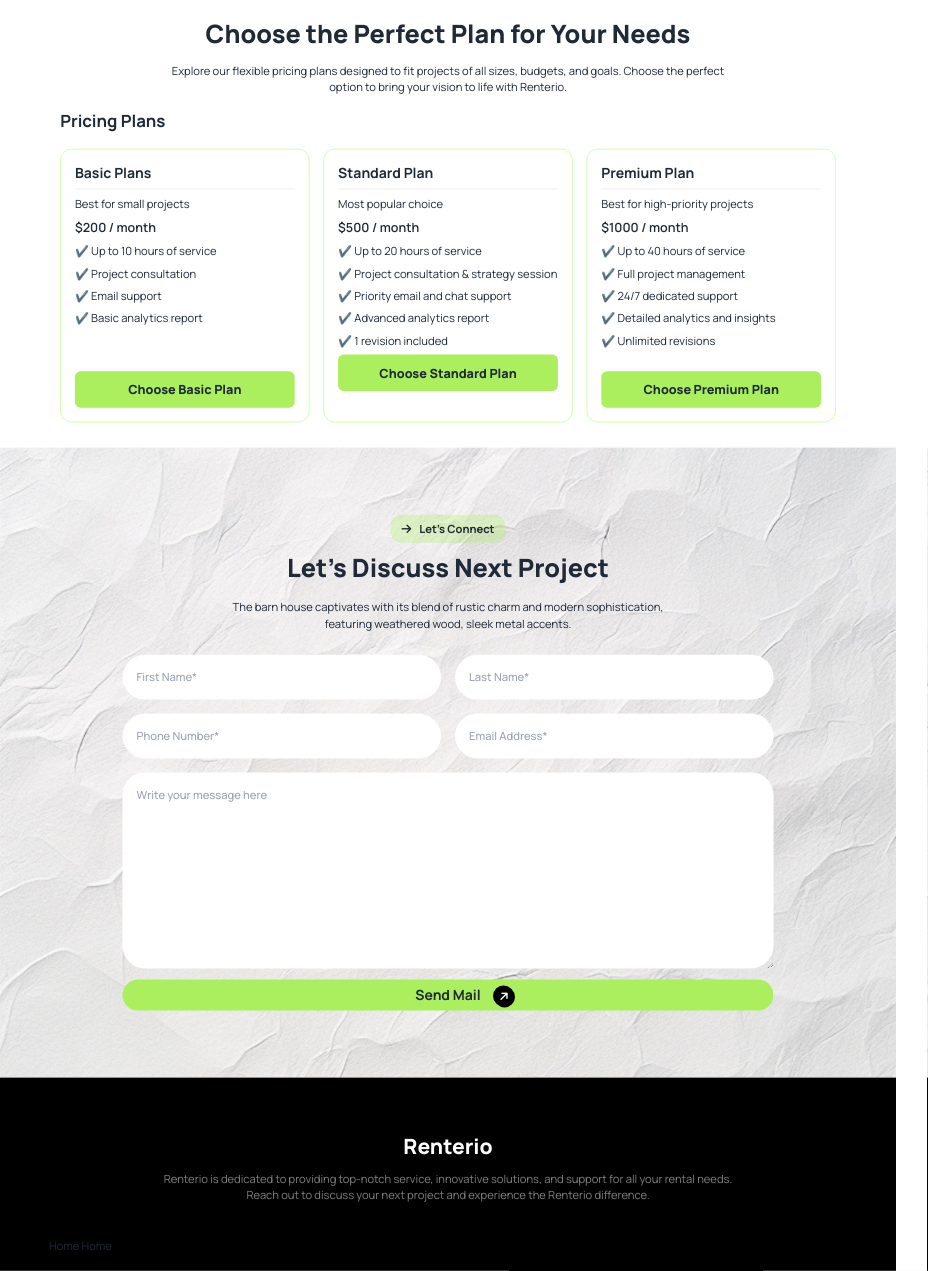
Repository: Tanvir4312/assignment-03
Page: index.html
An editor plug-in stored every save of this project. The page is shown before and after the next save, followed by the edit.
The browser window is 1280 px wide. The page is 1325 px wide, so the pictures cover 1325 px, including what lies to the right of the window. The pictures show the part of the page from y = 3118 to 4958 px (the page is 4934 px tall before and 4958 px after), at 70% of full size.
Some web libraries are served in a nearby version.

Above is the page before, as saved 2024-10-30 21:40:31.

### index.html
<!DOCTYPE html>
<html lang="en">

<head>
    <meta charset="UTF-8">
    <meta name="viewport" content="width=device-width, initial-scale=1.0">
    <title>Renterio</title>
    <link rel="stylesheet" href="styles/styles.css">
    <!-- DaisyUI -->
    <link href="https://cdn.jsdelivr.net/npm/daisyui@4.12.14/dist/full.min.css" rel="stylesheet" type="text/css" />
    <script src="https://cdn.tailwindcss.com"></script>
    <!-- Icon -->
    <link rel="stylesheet" href="https://cdnjs.cloudflare.com/ajax/libs/font-awesome/6.6.0/css/all.min.css"
        integrity="sha512-Kc323vGBEqzTmouAECnVceyQqyqdsSiqLQISBL29aUW4U/M7pSPA/gEUZQqv1cwx4OnYxTxve5UMg5GT6L4JJg=="
        crossorigin="anonymous" referrerpolicy="no-referrer" />

    <script>
        tailwind.config = {
            theme: {
                extend: {
                    colors: {
                        clifford: '#da373d',
                        bgBtnColor: '#ABEF5F',
                        btnTextAndWorksTextColor: '#1C1C1C',
                        mainColor: '#212121',
                        secondaryColor: '#494949',

                    }
                }
            }
        }
    </script>
</head>

<body class="manrope-font">
    <header>
        <!-- Navbar -->
        <nav class="container mx-auto">
            <div class="navbar relative py-14">
                <div class="navbar-start">
                    <div class="absolute right-0">
                        <div class="dropdown">
                            <div tabindex="0" role="button"
                                class="btn btn-ghost mr-2 lg:hidden border border-[rgba(233,233,233)] rounded-full bg-[#f9f8f8]">
                                <svg xmlns="http://www.w3.org/2000/svg" class="h-5 w-5" fill="none" viewBox="0 0 24 24"
                                    stroke="currentColor">
                                    <path stroke-linecap="round" stroke-linejoin="round" stroke-width="2"
                                        d="M4 6h16M4 12h8m-8 6h16" />
                                </svg>
                            </div>
                            <div class="absolute -left-20">
                                <ul tabindex=""
                                    class="menu menu-sm dropdown-content bg-base-100 rounded-box z-[1] p-2 shadow w-32">
                                    <li><a>Home</a></li>
                                    <li><a>Services</a></li>
                                    <li><a>Portfolio</a></li>
                                    <li><a>Blogs</a></li>
                                    <li><a>Contact Us</a></li>
                                </ul>
                            </div>
                        </div>
                    </div>
                    <i class="fa-solid fa-arrow-right -rotate-45 bg-bgBtnColor p-2 rounded-full	"></i>
                    <a class="btn btn-ghost font-extrabold text-3xl pl-2">Renterio</a>
                </div>
                <div class="navbar-center hidden lg:flex">
                    <ul class="menu menu-horizontal px-1">
                        <li><a class="font-extrabold">Home</a></li>
                        <li><a>Services</a></li>
                        <li><a>Portfolio</a></li>
                        <li><a>Blogs</a></li>
                        <li><a>Contact Us</a></li>
                    </ul>
                </div>

                <div class="navbar-end hidden md:block">
                    <div class="flex justify-end">
                        <div class="flex items-center gap-3 mr-2">
                            <div class="px-3 py-1 border border-[rgba(233,233,233)] rounded-full bg-[#f9f8f8]">
                                <i class="fa-solid fa-magnifying-glass"></i>
                            </div>
                            <div class="px-3 py-1 border border-[rgba(233,233,233)] rounded-full bg-[#f9f8f8]">
                                <i class="fa-solid fa-cart-shopping"></i>
                            </div>
                        </div>
                        <div class="relative ">
                            <button class="btn bg-bgBtnColor rounded-3xl pr-14 text-lg font-semibold">Book
                                Consult</button>
                            <i
                                class="fa-solid fa-arrow-right -rotate-45 bg-black text-white p-2 rounded-full absolute top-2 right-4 "></i>
                        </div>
                    </div>
                </div>
            </div>
        </nav>
        <!-- Banner -->
        <section class="banner text-center">
            <!-- Banner Image -->
            <div class="flex justify-center px-14">
                <img src="./assets/banner.png" alt="">
            </div>
            <!-- Banner Text -->
            <div class="mt-6">
                <h1 class="text-3xl md:text-6xl font-extrabold md:leading-[80px]">A barn house of this design
                    has a <br>striking appearance
                </h1>
                <p class="mt-6 mb-8 px-5">The barn house captivates with its blend of rustic charm and modern
                    sophistication,
                    featuring weathered wood, sleek metal <br> accents, and large windows that flood the space with
                    natural light.</p>
                <!-- Banner Button -->
                <div class="relative flex px-2 md:justify-center md:items-center">
                    <div class="w-full text-start md:text-center">
                        <button
                            class="btn border border-[rgba(171,239,95)] bg-[rgba(171,239,95,0.5)] rounded-3xl mainColor text-xl font-extrabold pr-14 l w-full md:w-52">View
                            Details</button>
                    </div>
                    <div>
                        <i
                            class="fa-solid fa-arrow-right -rotate-45 bg-bgBtnColor p-2 rounded-full absolute bottom-2 right-[590px]"></i>

                        <i
                            class="md:hidden absolute top-3 right-20 fa-solid fa-arrow-right -rotate-45 bg-bgBtnColor p-2 rounded-full"></i>
                    </div>
                </div>
            </div>
        </section>
    </header>

    <main class="bg-[#F4F4F4]">
        <!-- Commercial and Residential Section -->
        <section class="bg-[#F4F4F4] md:my-24 my-5 pt-7 pb-5 md:pb-20">
            <!-- Vector Image -->
            <img class="hidden md:block border-dashed border-2 border-slate-300 py-7 ml-9" src="./assets/Vector.png"
                alt="">
            <div class="md:w-[1140px] mx-auto grid md:grid-cols-2 grid-cols-1 gap-5 p-4 md:p-0">
                <div>
                    <!-- About Us Button -->
                    <div class="flex justify-center md:flex-col">
                        <div class="bg-white w-32 py-2 px-4 rounded-2xl">
                            <i class="fa-solid fa-arrow-right pr-2"></i>
                            <button class="font-bold">About Us</button>
                        </div>
                    </div>
                    <!-- Text -->
                    <div class="mt-4 md:text-start text-center">
                        <h1 class="text-2xl md:text-4xl font-bold mainColor mb-6">We design thoughtful, <br> liveable
                            spaces
                        </h1>
                        <p class="secondaryColor">The barn house captivates with its blend of rustic charm and
                            modern sophistication, featuring weathered wood, sleek metal accents.</p>
                    </div>

                    <div class="flex md:items-center gap-5 my-6 bg-white p-6 rounded-2xl">
                        <!-- Image -->
                        <div>
                            <img src="./assets/commercial.png" alt="">
                        </div>
                        <!-- Text -->
                        <div>
                            <h3 class="text-xl font-extrabold">Commercial</h3>
                            <p><small>The barn house captivates with its blend <br> of rustic charm and modern.</small>
                            </p>
                        </div>
                    </div>
                    <div class="flex md:items-center gap-5 bg-white p-6 rounded-2xl">
                        <!-- Image -->
                        <div>
                            <img src="./assets/residential.png" alt="">
                        </div>
                        <!-- Text -->
                        <div>
                            <h3 class="text-xl font-extrabold">Residential</h3>
                            <p><small>The barn house captivates with its blend <br> of rustic charm and modern.</small>
                            </p>
                        </div>
                    </div>

                </div>
                <!-- Image -->
                <div>
                    <img class="h-60 w-full md:h-[500px]" src="./assets/Rectangle.png" alt="">
                </div>
            </div>
        </section>
        <!-- Works Process section -->
        <section class="md:w-[1140px] mx-auto px-4 md:px-0 md:pb-24">
            <!-- Works Button -->
            <div class="flex justify-center">
                <div class="bg-white py-2 px-4 rounded-2xl">
                    <i class="fa-solid fa-arrow-right pr-2"></i>
                    <button class="font-bold">How We Works</button>
                </div>
            </div>
            <!-- Text -->
            <div class="text-center">
                <h1 class="py-4 md:py-6 text-2xl md:text-4xl font-bold">Our Works Process</h1>
                <p>The barn house captivates with its blend of rustic charm and modern sophistication, <br> featuring
                    weathered wood, sleek metal accents.</p>
            </div>
            <!-- Card -->
            <div class="card grid grid-cols-1 md:grid-cols-4 gap-4 my-8">
                <div class="bg-[rgba(231,193,211)] rounded-2xl p-5">
                    <img src="./assets/concept.png" alt="">
                    <h4 class="py-2 text-xl font-bold">Concept</h4>
                    <p>The barn house captivates with its blend of rustic charm and modern.</p>
                </div>
                <div class="bg-[rgba(239,218,110)] rounded-2xl p-5">
                    <img src="./assets/flow-chart.png" alt="">
                    <h4 class="py-2 text-xl font-bold">Design Process</h4>
                    <p>The barn house captivates with its blend of rustic charm and modern.</p>
                </div>
                <div class="bg-[rgba(164,218,195)] rounded-2xl p-5">
                    <img src="./assets/concept.png" alt="">
                    <h4 class="py-2 text-xl font-bold">Supervision</h4>
                    <p>The barn house captivates with its blend of rustic charm and modern.</p>
                </div>
                <div class="bg-[rgba(119,170,234)] rounded-2xl p-5">
                    <img src="./assets/concept.png" alt="">
                    <h4 class="py-2 text-xl font-bold">Budget Planning</h4>
                    <p>The barn house captivates with its blend of rustic charm and modern.</p>
                </div>
            </div>
        </section>
        <!-- Latest Portfolio Section -->
        <section class="md:bg-white">
            <div class=" md:w-[1140px] mx-auto py-6 px-4 md:pt-20">
                <!-- Latest Works Button -->
                <div class="flex justify-center">
                    <div class="bg-[rgba(171,239,95,0.2)] py-2 px-4 rounded-2xl">
                        <i class="fa-solid fa-arrow-right pr-2"></i>
                        <button class="font-bold">Explore our Latest works</button>
                    </div>
                </div>
                <!-- Text -->
                <div class="text-center">
                    <h1 class="pt-4 pb-6 md:text-4xl text-2xl font-bold">Our Latest Portfolio</h1>
                    <p>The barn house captivates with its blend of rustic charm and modern sophistication, <br>
                        featuring
                        weathered wood, sleek metal accents.</p>
                </div>
                <!-- Latest Portfolio Card First Row -->
                <div class="pt-8 grid grid-cols-1 md:grid-cols-3 gap-5">
                    <!-- First Card -->
                    <div class="md:col-span-2 rounded-2xl ">
                        <div class="md:flex gap-6 border border-[rgba(233,233,233)] rounded-2xl p-5 bg-white">
                            <img src="./assets/img1.png" alt="">
                            <div>
                                <h3 class="text-2xl font-extrabold">Commercial</h3>
                                <p class="pt-4 pb-6">The barn house captivates with its blend of rustic charm and
                                    modern. The barn house
                                    captivates with its blend of rustic charm and modern .</p>

                                <a class="text-xl font-extrabold pr-1" href="">View Details</a>
                                <i class="fa-solid fa-arrow-right -rotate-45 bg-bgBtnColor p-2 rounded-full	"></i>
                            </div>
                        </div>
                    </div>
                    <!-- Second Card -->
                    <div class="border border-[rgba(233,233,233)] rounded-2xl p-5 bg-white">
                        <img src="./assets/img2.png" alt="">
                    </div>

                </div>
                <!-- Latest Portfolio Card Second Row -->
                <div class="grid grid-cols-1 md:grid-cols-4 gap-5 mt-5">
                    <!-- First Card -->
                    <div class="border border-[rgba(233,233,233)] rounded-2xl p-5 bg-white">
                        <img class="h-full w-full" src="./assets/img3.png" alt="">
                    </div>
                    <!-- Second Card -->
                    <div class="md:col-span-2 rounded-2xl ">
                        <div class="md:flex gap-6 border border-[rgba(233,233,233)] rounded-2xl p-5 bg-white">
                            <img src="./assets/img4.png" alt="">
                            <div>
                                <h3 class="text-2xl font-extrabold">Commercial</h3>
                                <p class="pt-4 pb-6">The barn house captivates with its blend of rustic charm and
                                    modern.</p>

                                <a class="text-xl font-extrabold pr-1" href="">View Details</a>
                                <i class="fa-solid fa-arrow-right -rotate-45 bg-bgBtnColor p-2 rounded-full	"></i>
                            </div>
                        </div>
                    </div>
                    <!-- Third Card -->
                    <div class="border border-[rgba(233,233,233)] rounded-2xl p-5 bg-white">
                        <img class="h-full w-full" src="./assets/img5.png" alt="">
                    </div>

                </div>
            </div>
        </section>
        <!-- Perfect Plan Section -->
        <section class="md:bg-white">
            <div class="md:w-[1140px] mx-auto py-6 px-4 md:pt-20">
                <!-- Text -->
                <div class="text-center">
                    <h1 class="text-2xl md:text-4xl font-extrabold">Choose the Perfect Plan for Your Needs</h1>
                    <p class="py-5">Explore our flexible pricing plans designed to fit projects of all sizes, budgets,
                        and goals. Choose the perfect <br> option to bring your vision to life with Renterio.</p>
                </div>
                <p class="text-2xl font-bold pb-6">Pricing Plans</p>
                <!-- Cards -->
                <div class="grid grid-cols-1 md:grid-cols-3 gap-5">
                    <!-- Card-01 -->
                    <div class="border border-[#bdfe8b] p-5 rounded-2xl bg-white">
                        <div class="space-y-2">
                            <h3 class="text-xl font-bold">Basic Plans</h3>
                            <hr>
                            <p>Best for small projects</p>
                            <h5 class="text-lg font-semibold">$200 / month</h5>
                            <li class="list-none">✔️ Up to 10 hours of service</li>
                            <li class="list-none">✔️ Project consultation</li>
                            <li class="list-none">✔️ Email support</li>
                            <li class="list-none">✔️ Basic analytics report</li>
                        </div>

                        <button class="bg-bgBtnColor p-3 rounded-lg text-lg font-extrabold mt-16 w-full">Choose
                            Basic Plan</button>

                    </div>
                    <!-- Card-02 -->
                    <div class="border border-[#bdfe8b] p-5 rounded-2xl bg-white">
                        <div class="space-y-2">
                            <h3 class="text-xl font-bold">Standard Plan</h3>
                            <hr>
                            <p>Most popular choice</p>
                            <h5 class="text-lg font-semibold">$500 / month</h5>
                            <li class="list-none">✔️ Up to 20 hours of service</li>
                            <li class="list-none">✔️ Project consultation & strategy session</li>
                            <li class="list-none">✔️ Priority email and chat support</li>
                            <li class="list-none">✔️ Advanced analytics report</li>
                            <li class="list-none">✔️ 1 revision included</li>
                        </div>

                        <button class="bg-bgBtnColor p-3 rounded-lg text-lg font-extrabold mt-2 w-full">Choose Standard
                            Plan</button>

                    </div>
                    <!-- Card-03 -->
                    <div class="border border-[#bdfe8b] p-5 rounded-2xl bg-white">
                        <div class="space-y-2">
                            <h3 class="text-xl font-bold">Premium Plan</h3>
                            <hr>
                            <p>Best for high-priority projects</p>
                            <h5 class="text-lg font-semibold">$1000 / month</h5>
                            <li class="list-none">✔️ Up to 40 hours of service</li>
                            <li class="list-none">✔️ Full project management</li>
                            <li class="list-none">✔️ 24/7 dedicated support</li>
                            <li class="list-none">✔️ Detailed analytics and insights</li>
                            <li class="list-none">✔️ Unlimited revisions</li>
                        </div>

                        <button class="bg-bgBtnColor p-3 rounded-lg text-lg font-extrabold mt-8 w-full">Choose Premium
                            Plan</button>

                    </div>
                </div>
            </div>
        </section>
    </main>
    <!-- Next Project Section -->
    <section class="next-project mt-3">
        <div class=" md:w-[970px] mx-auto py-7 md:py-24 px-5">
            <!-- Button -->
            <div class="flex justify-center">
                <div class="bg-[rgba(171,239,95,0.3)] py-2 px-4 rounded-2xl">
                    <i class="fa-solid fa-arrow-right pr-2"></i>
                    <button class="font-bold">Let’s Connect</button>
                </div>
            </div>
            <!-- Text -->
            <div class="text-center">
                <h1 class="text-2xl md:text-4xl font-extrabold pt-4">Let’s Discuss Next Project</h1>
                <p class="pt-6 pb-8">The barn house captivates with its blend of rustic charm and modern sophistication,
                    <br> featuring weathered wood, sleek metal accents.
                </p>
            </div>
            <!-- Input Field -->
            <div class="grid grid-cols-1 md:grid-cols-2 gap-5">
                <input class="p-5 rounded-[64px]" type="text" name="" id="" placeholder="First Name*">
                <input class="p-5 rounded-[64px]" type="text" name="" id="" placeholder="Last Name*">
                <input class="p-5 rounded-[64px]" type="text" name="" id="" placeholder="Phone Number*">
                <input class="p-5 rounded-[64px]" type="text" name="" id="" placeholder="Email Address*">
                <textarea class="md:col-span-2 p-5 rounded-[32px]" name="" id="" cols="30" rows="10"
                    placeholder="Write your message here"></textarea>
            </div>
            <!-- Button -->
            <div class="relative">
                <button class="bg-bgBtnColor w-full text-xl font-bold py-2 rounded-[32px] mt-4">Send Mail</button>
                <i
                    class="fa-solid fa-arrow-right -rotate-45 bg-black text-white p-2 rounded-full md:absolute md:top-6 md:right-[370px] hidden md:block"></i>
                <i
                    class="fa-solid fa-arrow-right -rotate-45 bg-black text-white p-2 rounded-full absolute top-6 right-14 md:hidden"></i>
            </div>
        </div>
    </section>

    <footer class="bg-black">
        <div class="md:w-[1140px] mx-auto py-6">
            <div class="text-center text-white">
                <h1 class="text-xl md:text-3xl font-extrabold pt-14">Renterio</h1>
                <p class="pt-4 pb-12 opacity-50">Renterio is dedicated to providing top-notch service, innovative solutions, and support for all your rental needs. <br> Reach out to discuss your next project and experience the Renterio difference.</p>
            </div>
            <div>
                <a href="">Home</a>
                <a href="">Home</a>
            </div>

        </div>
    </footer>
</body>

</html>

### styles/styles.css
/* Font */
@import url('https://fonts.googleapis.com/css2?family=Manrope:wght@200..800&display=swap');


.manrope-font {
  font-family: "Manrope", sans-serif;
}

/* Next Project Section */
.next-project{
  background-image: url('/assets/bg.jpg');
  background-repeat: no-repeat;
  background-position: center;
  background-size: cover;
}

::placeholder{
  font-weight: 500;

}

After the next save:
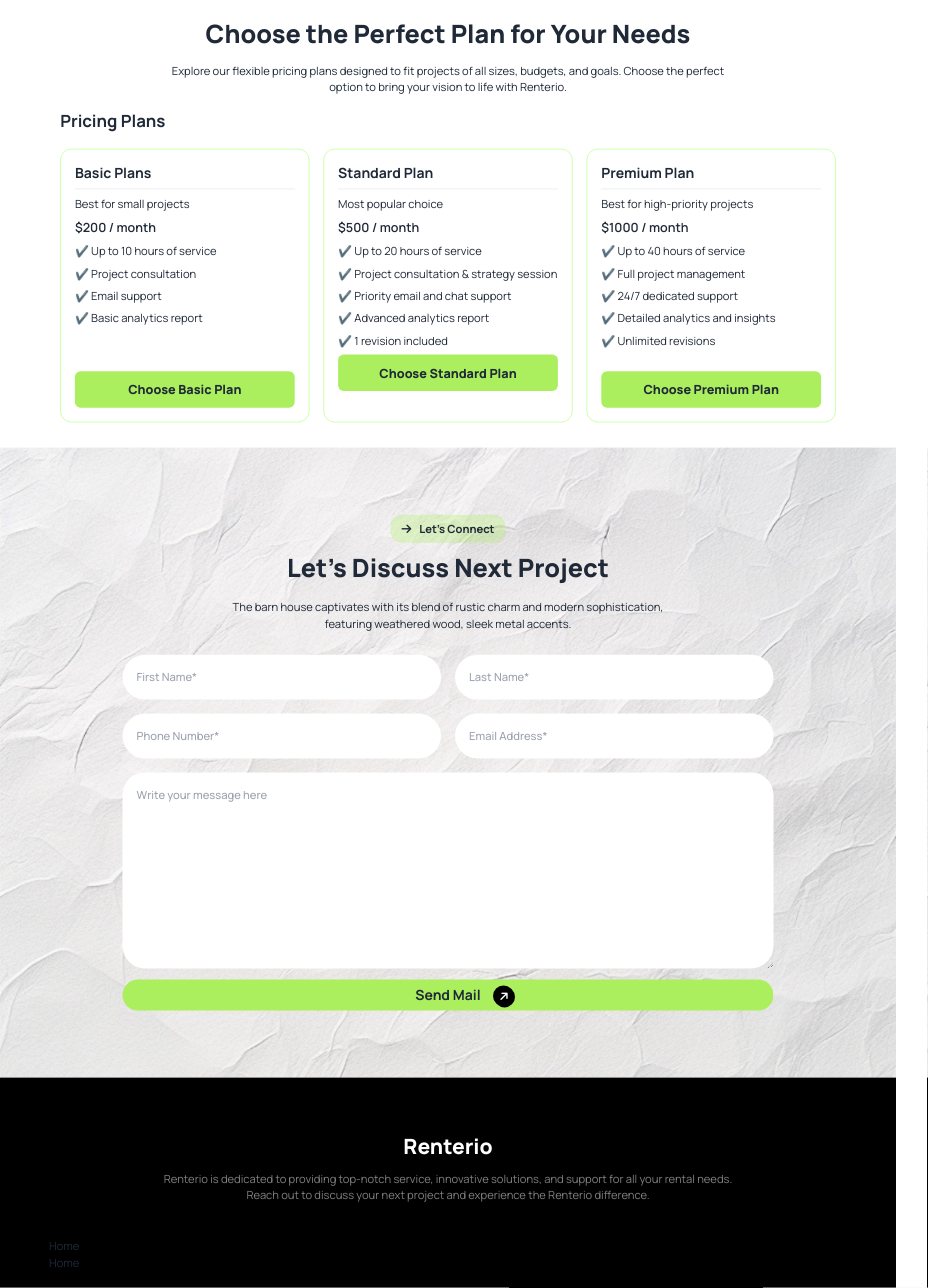
Saved 29 s later.
--- a/index.html
+++ b/index.html
@@ -403,7 +403,7 @@
                 <p class="pt-4 pb-12 opacity-50">Renterio is dedicated to providing top-notch service, innovative solutions, and support for all your rental needs. <br> Reach out to discuss your next project and experience the Renterio difference.</p>
             </div>
             <div>
-                <a href="">Home</a>
+                <p><a href="">Home</a></p>
                 <a href="">Home</a>
             </div>
 
